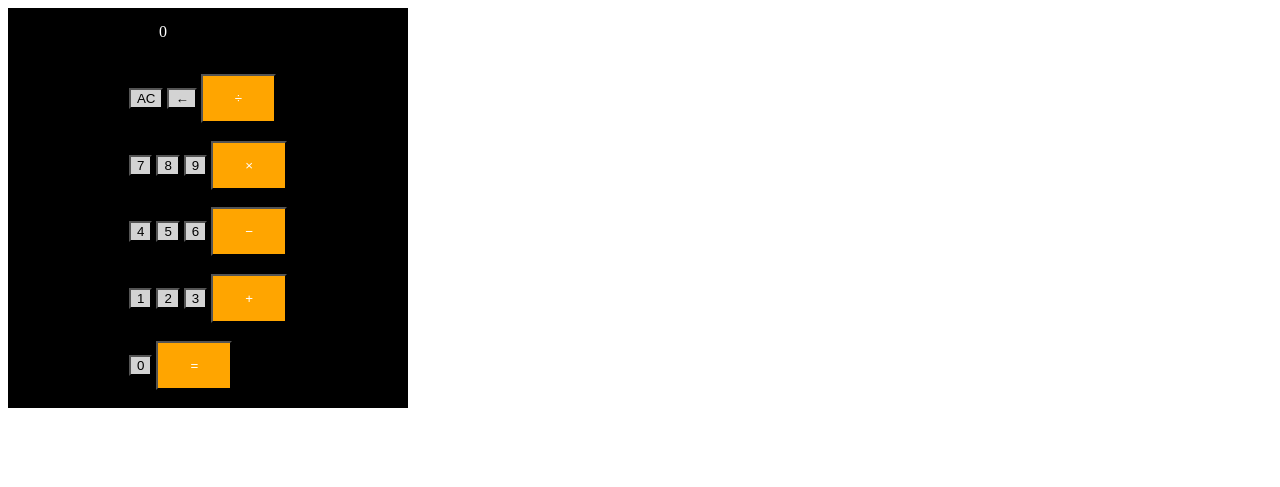
Repository: KaylaDamons/LAB-calculator
Page: index.html
An editor plug-in stored every save of this project. The page is shown before and after the next save, followed by the edit.
The browser window is 1280 px wide. The pictures show the whole page.

Above is the page before, as saved 2024-01-13 19:30:45.

After the next save:
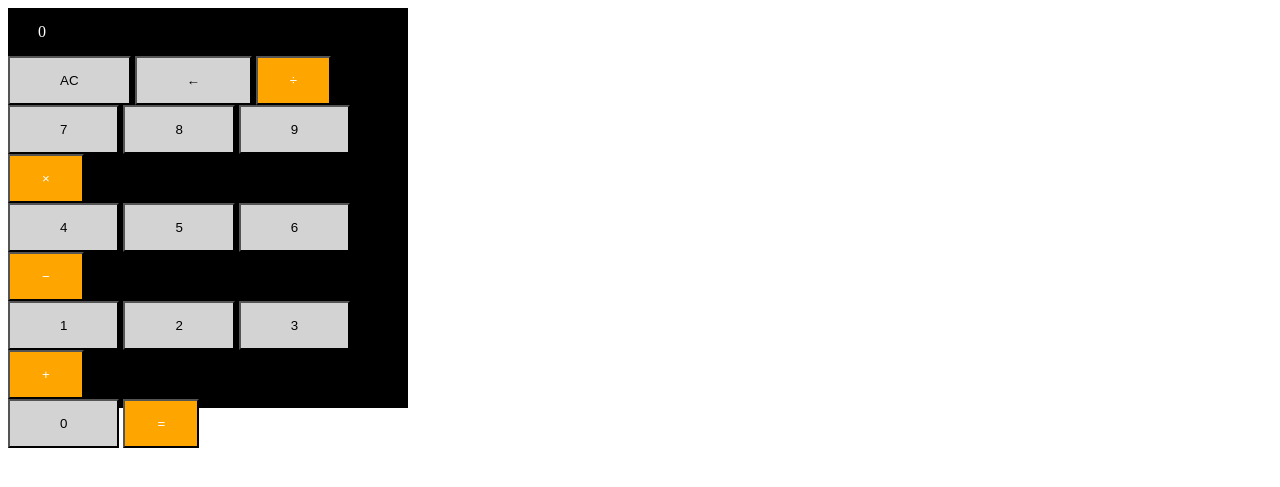
Saved 2 min 47 s later.
--- a/main.css
+++ b/main.css
@@ -25,6 +25,6 @@
 }
 .button {
   background-color:lightgray;
-  size-adjust:inherit;
+  padding-inline-start: 0%;
+  padding:15px 50px;
 }
-.buttonrow1 {}
